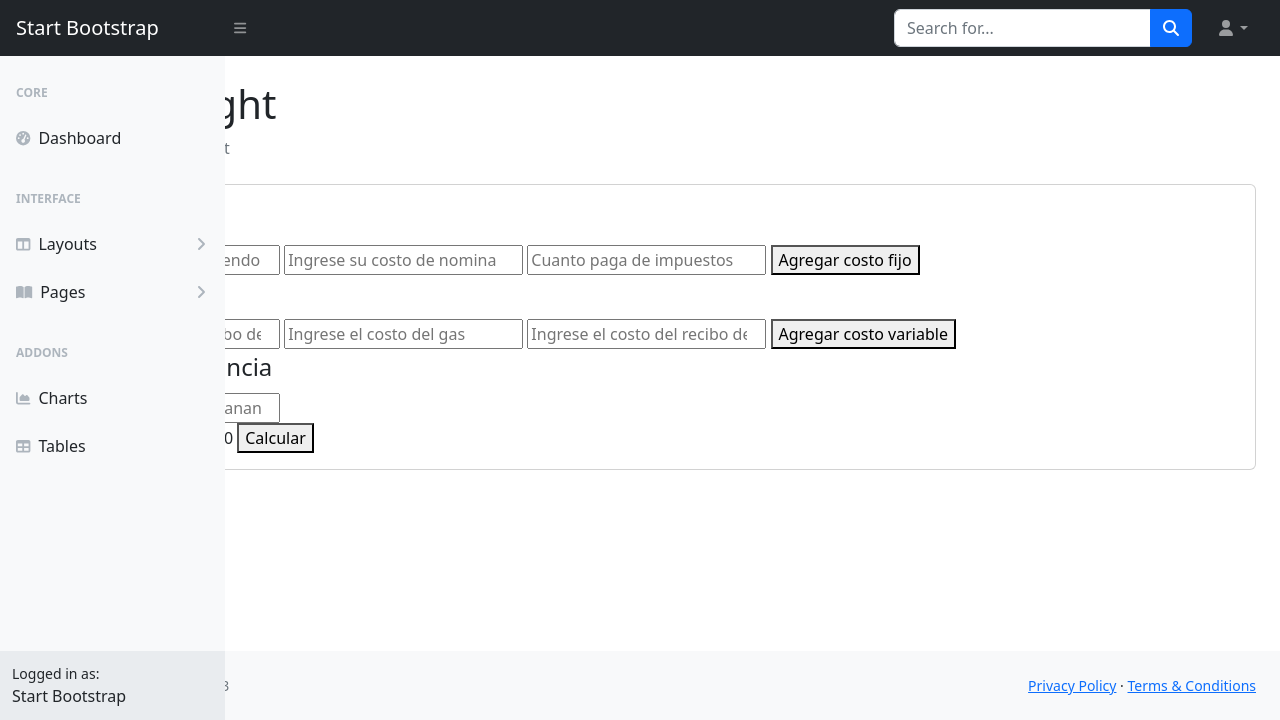
Repository: EstefaMH/Dashboard
Page: costs.html
These files come from the project's save history. The page is drawn as it stood at one moment and after a run of saves; the edit follows.
The browser window is 1280 px wide. The pictures show the whole page.
Some web libraries are served in a nearby version.

Above is the page before, as saved 2023-12-25 18:59:21.

After the next 6 saves:
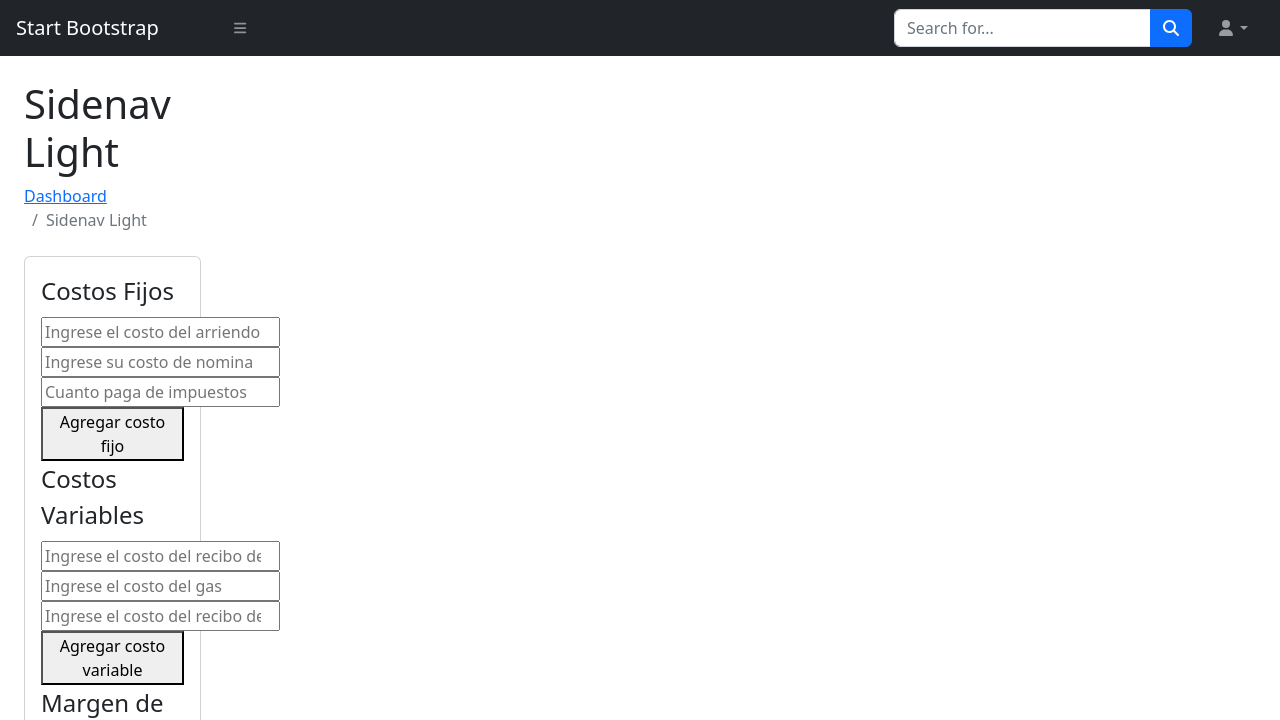
The 6 saves are shown as one change because they came seconds apart.
The last was saved 3 h 5 min later.
--- a/costs.html
+++ b/costs.html
@@ -14,73 +14,7 @@
         <navbar-component></navbar-component>
         <div id="layoutSidenav">
             <div id="layoutSidenav_nav">
-                <nav class="sb-sidenav accordion sb-sidenav-light" id="sidenavAccordion">
-                    <div class="sb-sidenav-menu">
-                        <div class="nav">
-                            <div class="sb-sidenav-menu-heading">Core</div>
-                            <a class="nav-link" href="index.html">
-                                <div class="sb-nav-link-icon"><i class="fas fa-tachometer-alt"></i></div>
-                                Dashboard
-                            </a>
-                            <div class="sb-sidenav-menu-heading">Interface</div>
-                            <a class="nav-link collapsed" href="#" data-bs-toggle="collapse" data-bs-target="#collapseLayouts" aria-expanded="false" aria-controls="collapseLayouts">
-                                <div class="sb-nav-link-icon"><i class="fas fa-columns"></i></div>
-                                Layouts
-                                <div class="sb-sidenav-collapse-arrow"><i class="fas fa-angle-down"></i></div>
-                            </a>
-                            <div class="collapse" id="collapseLayouts" aria-labelledby="headingOne" data-bs-parent="#sidenavAccordion">
-                                <nav class="sb-sidenav-menu-nested nav">
-                                    <a class="nav-link" href="layout-static.html">Static Navigation</a>
-                                    <a class="nav-link" href="layout-sidenav-light.html">Light Sidenav</a>
-                                </nav>
-                            </div>
-                            <a class="nav-link collapsed" href="#" data-bs-toggle="collapse" data-bs-target="#collapsePages" aria-expanded="false" aria-controls="collapsePages">
-                                <div class="sb-nav-link-icon"><i class="fas fa-book-open"></i></div>
-                                Pages
-                                <div class="sb-sidenav-collapse-arrow"><i class="fas fa-angle-down"></i></div>
-                            </a>
-                            <div class="collapse" id="collapsePages" aria-labelledby="headingTwo" data-bs-parent="#sidenavAccordion">
-                                <nav class="sb-sidenav-menu-nested nav accordion" id="sidenavAccordionPages">
-                                    <a class="nav-link collapsed" href="#" data-bs-toggle="collapse" data-bs-target="#pagesCollapseAuth" aria-expanded="false" aria-controls="pagesCollapseAuth">
-                                        Authentication
-                                        <div class="sb-sidenav-collapse-arrow"><i class="fas fa-angle-down"></i></div>
-                                    </a>
-                                    <div class="collapse" id="pagesCollapseAuth" aria-labelledby="headingOne" data-bs-parent="#sidenavAccordionPages">
-                                        <nav class="sb-sidenav-menu-nested nav">
-                                            <a class="nav-link" href="login.html">Login</a>
-                                            <a class="nav-link" href="register.html">Register</a>
-                                            <a class="nav-link" href="password.html">Forgot Password</a>
-                                        </nav>
-                                    </div>
-                                    <a class="nav-link collapsed" href="#" data-bs-toggle="collapse" data-bs-target="#pagesCollapseError" aria-expanded="false" aria-controls="pagesCollapseError">
-                                        Error
-                                        <div class="sb-sidenav-collapse-arrow"><i class="fas fa-angle-down"></i></div>
-                                    </a>
-                                    <div class="collapse" id="pagesCollapseError" aria-labelledby="headingOne" data-bs-parent="#sidenavAccordionPages">
-                                        <nav class="sb-sidenav-menu-nested nav">
-                                            <a class="nav-link" href="401.html">401 Page</a>
-                                            <a class="nav-link" href="404.html">404 Page</a>
-                                            <a class="nav-link" href="500.html">500 Page</a>
-                                        </nav>
-                                    </div>
-                                </nav>
-                            </div>
-                            <div class="sb-sidenav-menu-heading">Addons</div>
-                            <a class="nav-link" href="charts.html">
-                                <div class="sb-nav-link-icon"><i class="fas fa-chart-area"></i></div>
-                                Charts
-                            </a>
-                            <a class="nav-link" href="tables.html">
-                                <div class="sb-nav-link-icon"><i class="fas fa-table"></i></div>
-                                Tables
-                            </a>
-                        </div>
-                    </div>
-                    <div class="sb-sidenav-footer">
-                        <div class="small">Logged in as:</div>
-                        Start Bootstrap
-                    </div>
-                </nav>
+<navbar-
             </div>
             <div id="layoutSidenav_content">
                 <main>
